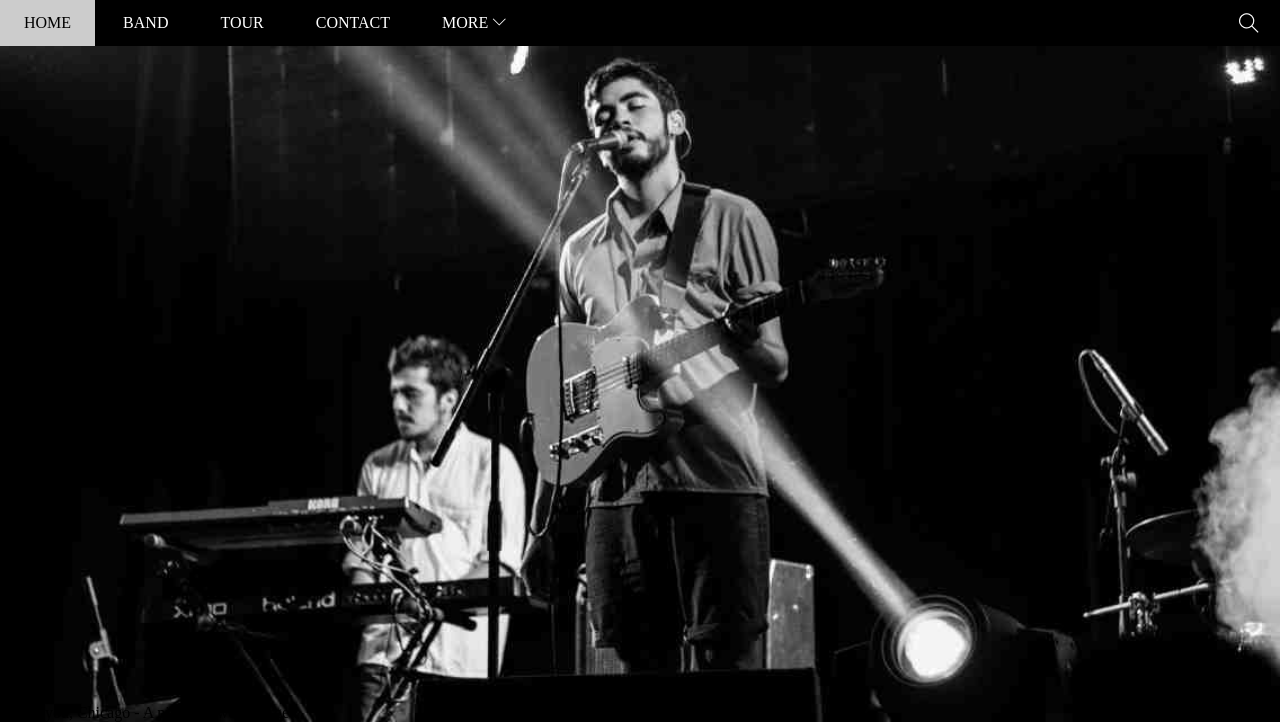
Repository: quochung2k3/Web-Team
Page: index.html
The author's editor kept a copy of each file at every save. The page is drawn from the files as they stood at one save, then again after the next save.
The browser window is 1280 px wide. The pictures show the whole page.

Above is the page before, as saved 2023-08-04 10:42:32.

After the next save:
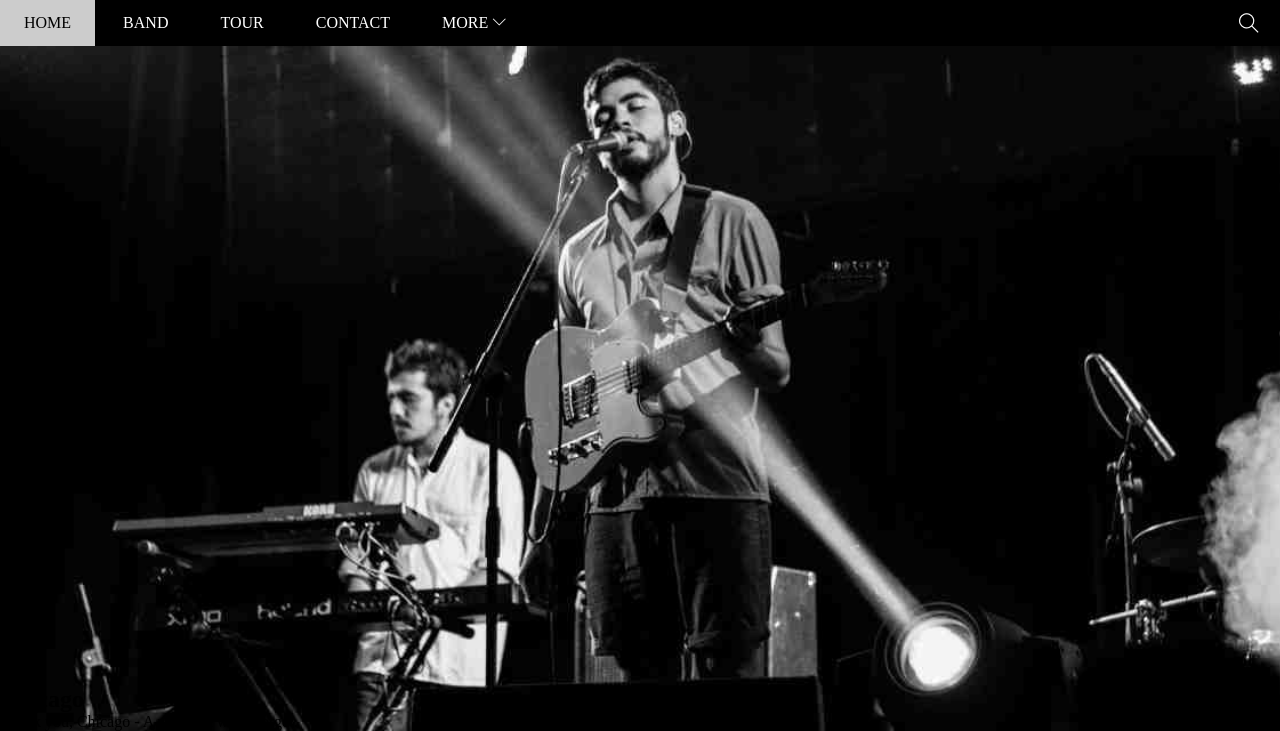
Saved 37 s later.
--- a/index.html
+++ b/index.html
@@ -34,7 +34,7 @@
 
         <div id="slider">
             <div class="text-content">
-                <div class="text-heading">Chicago</div>
+                <h2 class="text-heading">Chicago</h2>
                 <div class="text-description">Thank you, Chicago - A night we won't forget.</div>
             </div>
         </div>
